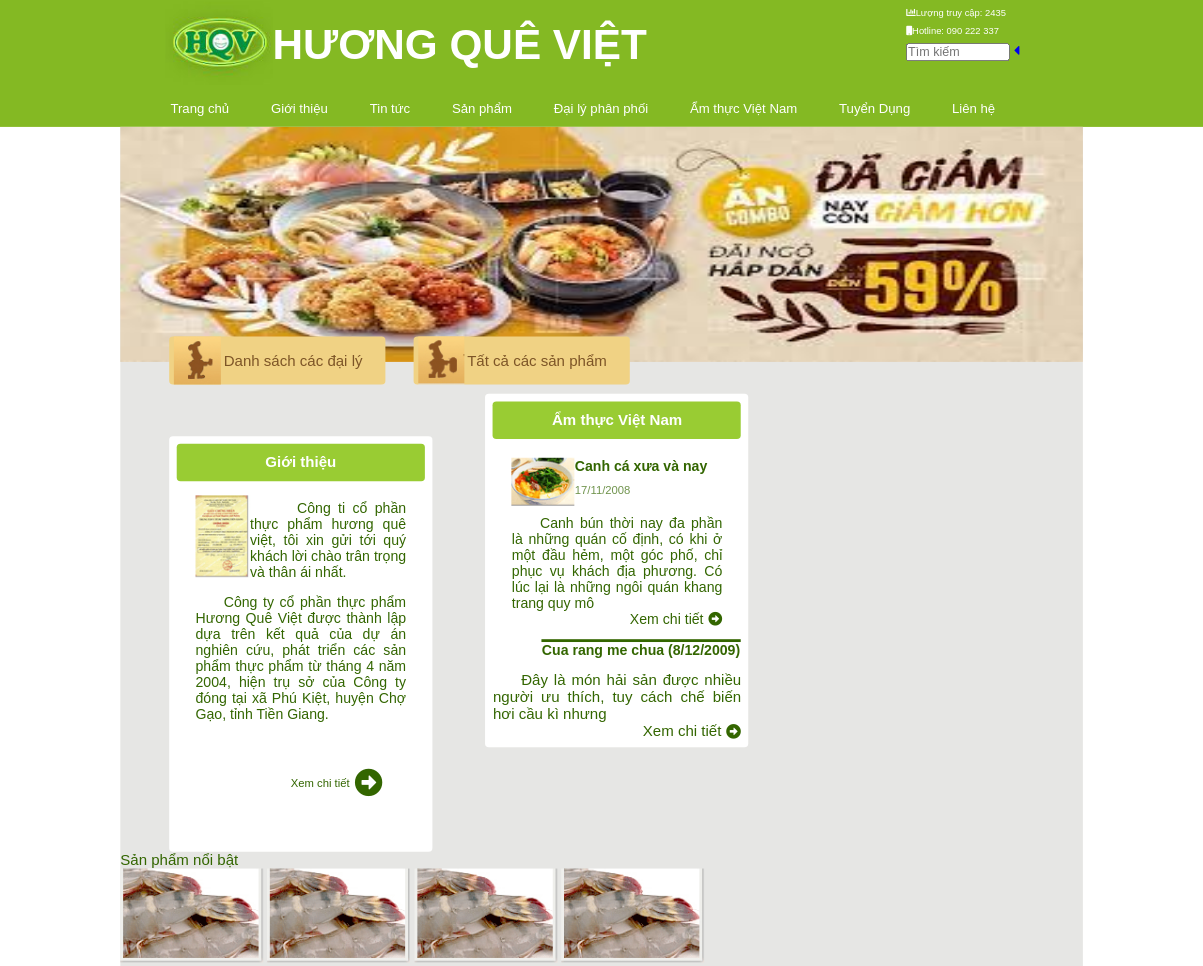
Repository: NgocTruong0701/Self_Learning
Page: html/practice/Baitapweb/index.html
The author's editor kept a copy of each file at every save. The page is drawn from the files as they stood at one save, then again after the next save.
The browser window is 1280 px wide. The pictures show the whole page, at 94% of full size.

Above is the page before, as saved 2021-10-06 21:55:00.

After the next save:
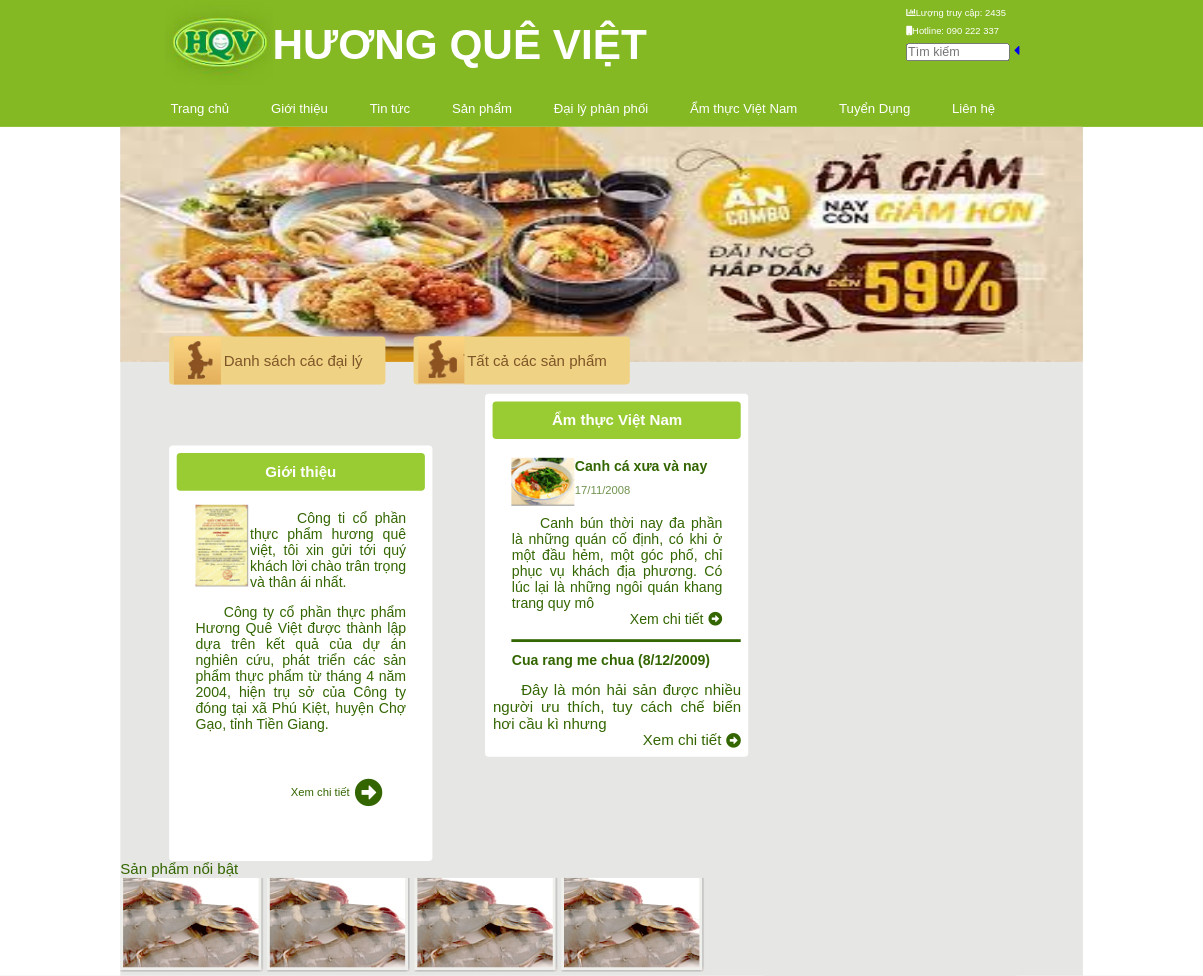
Saved 66 s later.
--- a/html/practice/Baitapweb/assets/css/styles.css
+++ b/html/practice/Baitapweb/assets/css/styles.css
@@ -244,6 +244,10 @@ header .box-right{
     margin-top: 30px;
     font-weight: 600;
     margin-left: 52px;
+    margin-top: 30px;
+    font-weight: 600;
+    margin-left: 20px;
+    padding-top: 10px;
 }
 /* End Container */
 
